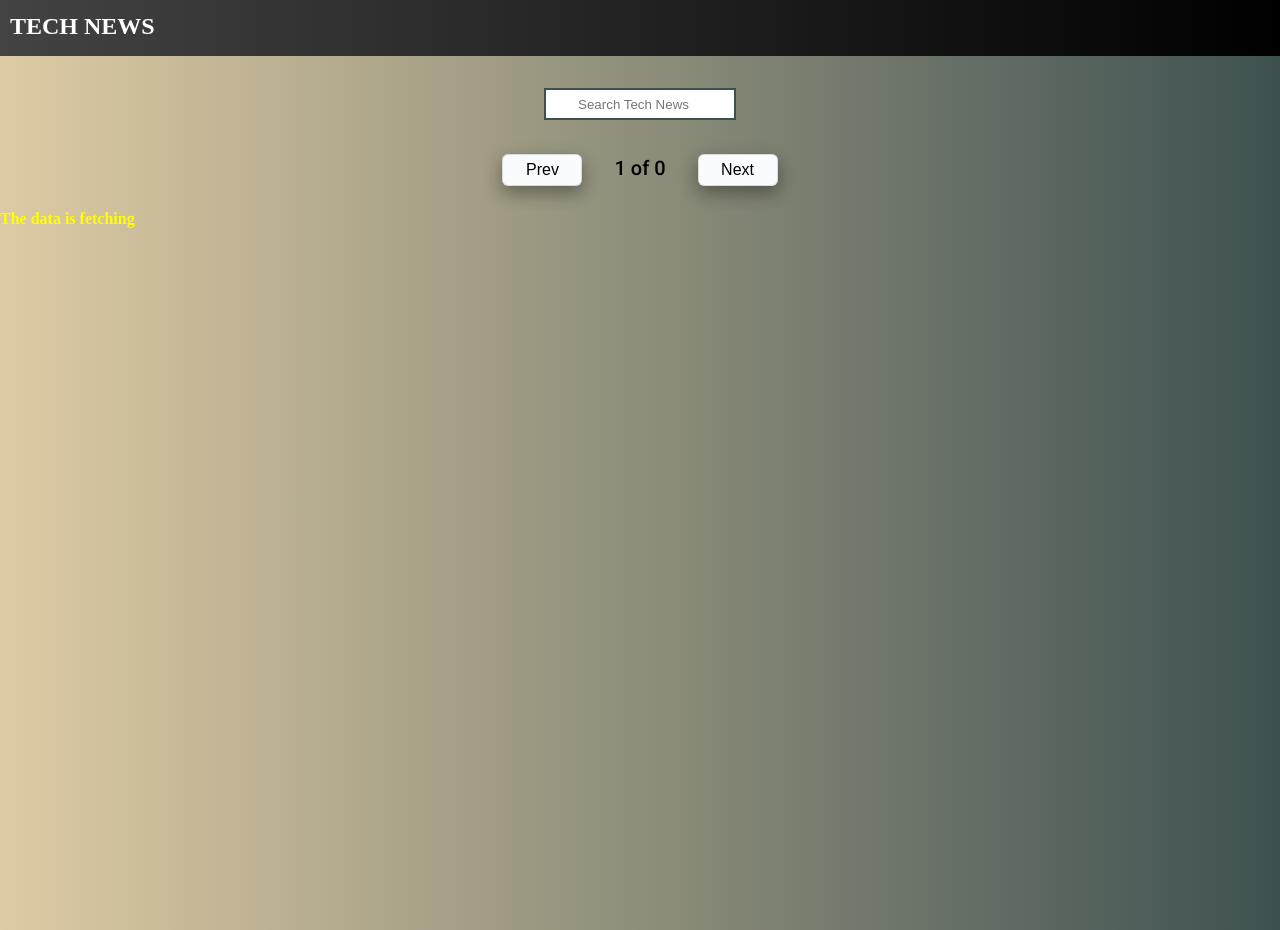
Repository: suraj-yadav7/TechNews
Page: /
An editor plug-in stored every save of this project. The page is shown before and after the next save, followed by the edit.
The browser window is 1280 px wide. The pictures show the whole page.
The page's requests for data from a server got no answer. Some web fonts or font styles are not loaded; a fallback is used. The project was rebuilt for these pictures with package versions that can differ from the ones it lists, and the page was loaded fresh each time. No one was signed in, and anything a server would have sent is missing.

Above is the page before, as saved 2023-04-28 11:13:30.

After the next save:
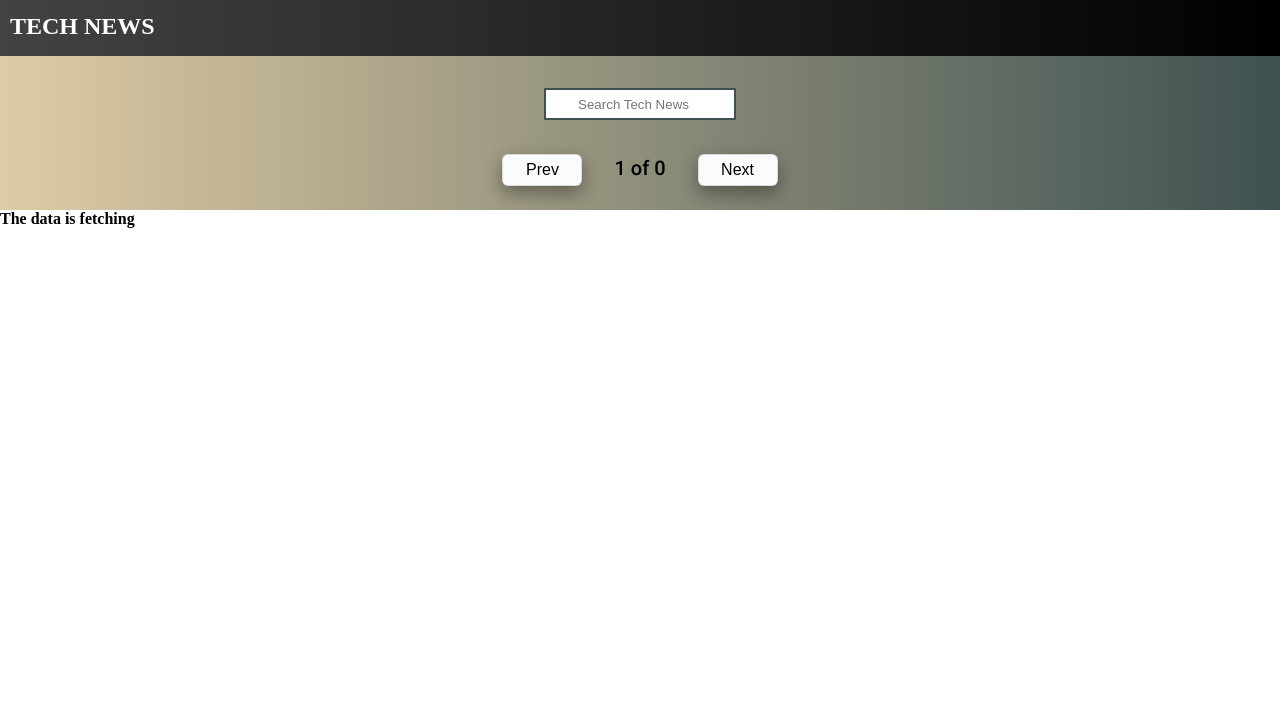
Saved 69 s later.
--- a/src/components/Stories.jsx
+++ b/src/components/Stories.jsx
@@ -8,7 +8,7 @@ const Stories = () => {
 
   if (isLoading) {
     return (
-  <div className="Loading" style={{ color:"yellow", height:"100vh",backgroundImage: "linear-gradient(to right, #DECBA4, #3E5151)"}}>
+  <div className="Loading">
         <h4>The data is fetching</h4>
       </div>
     )

After the save that followed:
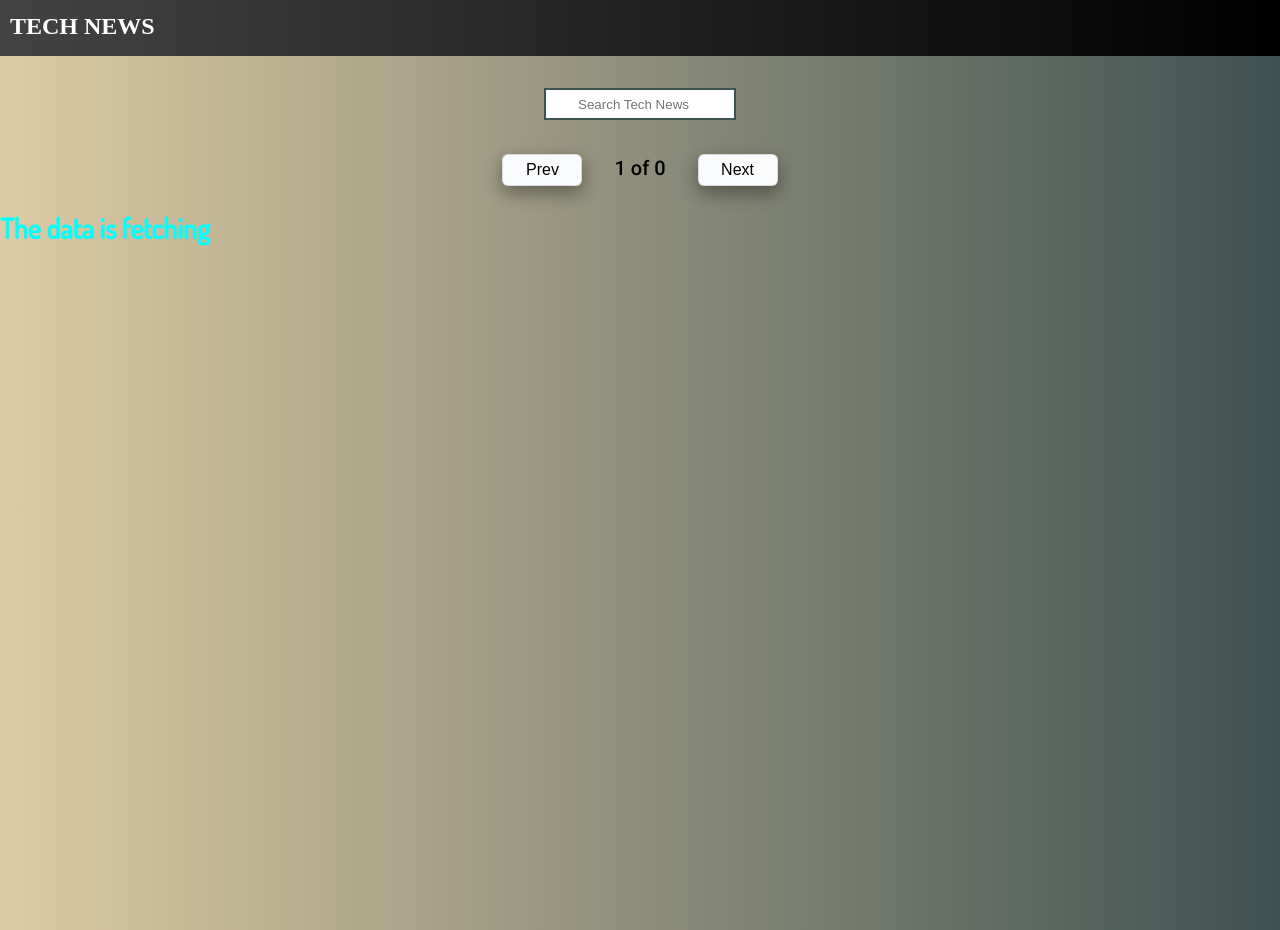
Saved 87 s later.
--- a/src/App.css
+++ b/src/App.css
@@ -60,6 +60,14 @@
 
 
 /* Stories */
+/* Loading */
+.Loading{
+  height: 100vh;
+  background-image: linear-gradient(to right, #DECBA4, #3E5151);
+  font: 800 28px "Dosis";
+  color:aqua;
+
+}
 .parentStory{
   display: flex;
   align-items: center;
